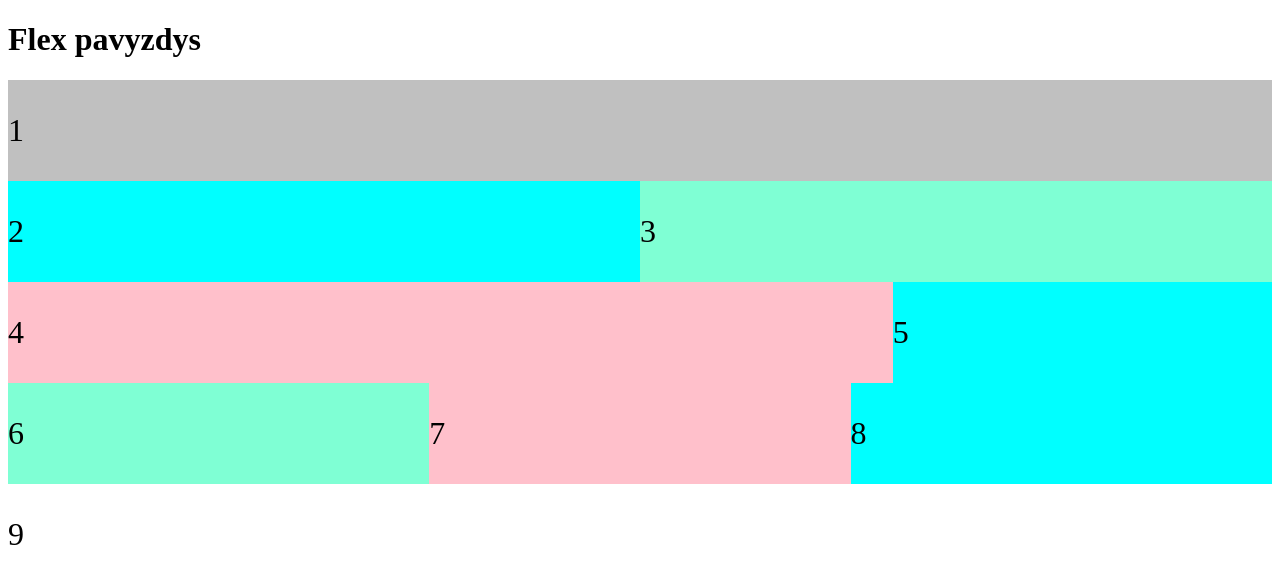
Repository: motiejus1/06-paskaita-invest
Page: index.html
The author's editor kept a copy of each file at every save. The page is drawn from the files as they stood at one save, then again after the next save.
The browser window is 1280 px wide. The pictures show the whole page.

Above is the page before, as saved 2021-06-09 18:44:22.

### index.html
<!DOCTYPE html>
<html lang="en">
<head>
    <meta charset="UTF-8">
    <meta http-equiv="X-UA-Compatible" content="IE=edge">
    <meta name="viewport" content="width=device-width, initial-scale=1.0">
    <title>Sesta paskaita</title>
    <style>
        .flex-container {
            display: flex;
            flex-direction:row;
            flex-wrap: wrap;
        }

        .flex-item-1 {
            width: 100%;
            background-color: silver;
        }

        .flex-item-2, .flex-item-3 {
            width: 50%;
        }

        .flex-item-4 {
            width: 70%;
        }

        .flex-item-5 {
            width: 30%;
        }

        .flex-item-6, .flex-item-7, .flex-item-8 {
            width: 33.33%;
        }


        .zydra {
            background-color:aqua;
        }

        .zalsva {
            background-color: aquamarine;
        }

        .rozine {
            background-color: pink;
        }

        p {
            font-size: 32px;
        }
    </style>
</head>
<body>
    <div class="container">
        <h1>Flex pavyzdys</h1>
        <div class="flex-container">
            <div class="flex-item-1"><p>1</p></div>
            <div class="flex-item-2 zydra"><p>2</p></div>
            <div class="flex-item-3 zalsva"><p>3</p></div>
            <div class="flex-item-4 rozine"><p>4</p></div>
            <div class="flex-item-5 zydra"><p>5</p></div>
            <div class="flex-item-6 zalsva"><p>6</p></div>
            <div class="flex-item-7 rozine"><p>7</p></div>
            <div class="flex-item-8 zydra"><p>8</p></div>
            <div class="flex-item-9"><p>9</p></div>
        </div>
    </div>
</body>
</html>

After the next save:
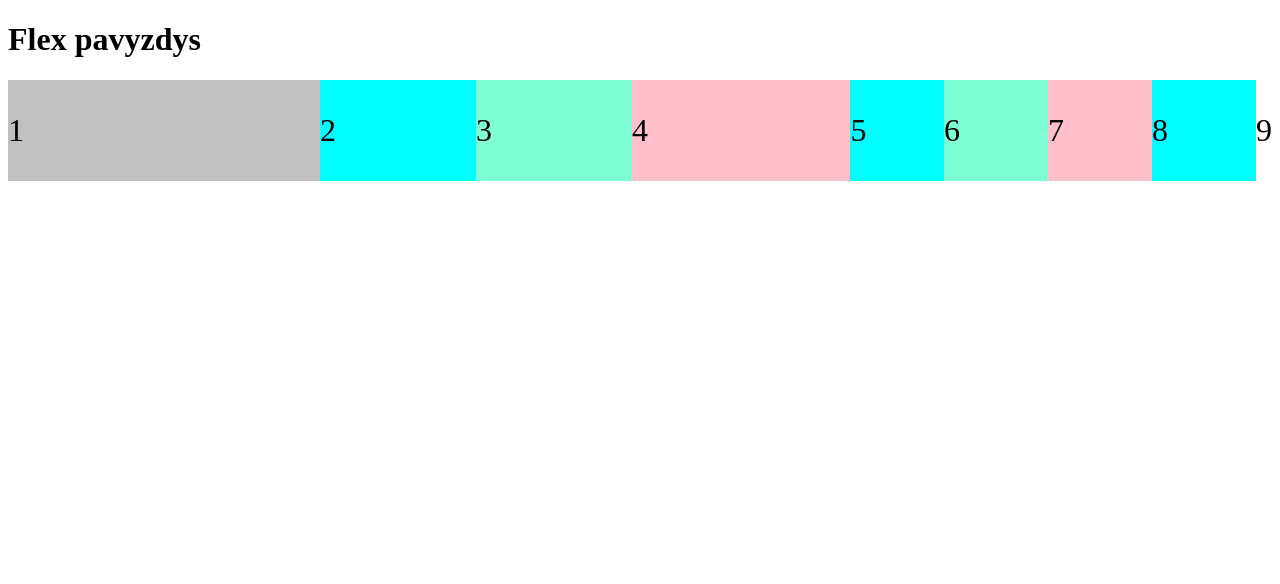
Saved 6 s later.
--- a/index.html
+++ b/index.html
@@ -9,7 +9,7 @@
         .flex-container {
             display: flex;
             flex-direction:row;
-            flex-wrap: wrap;
+            flex-wrap:nowrap;
         }
 
         .flex-item-1 {

After the save that followed:
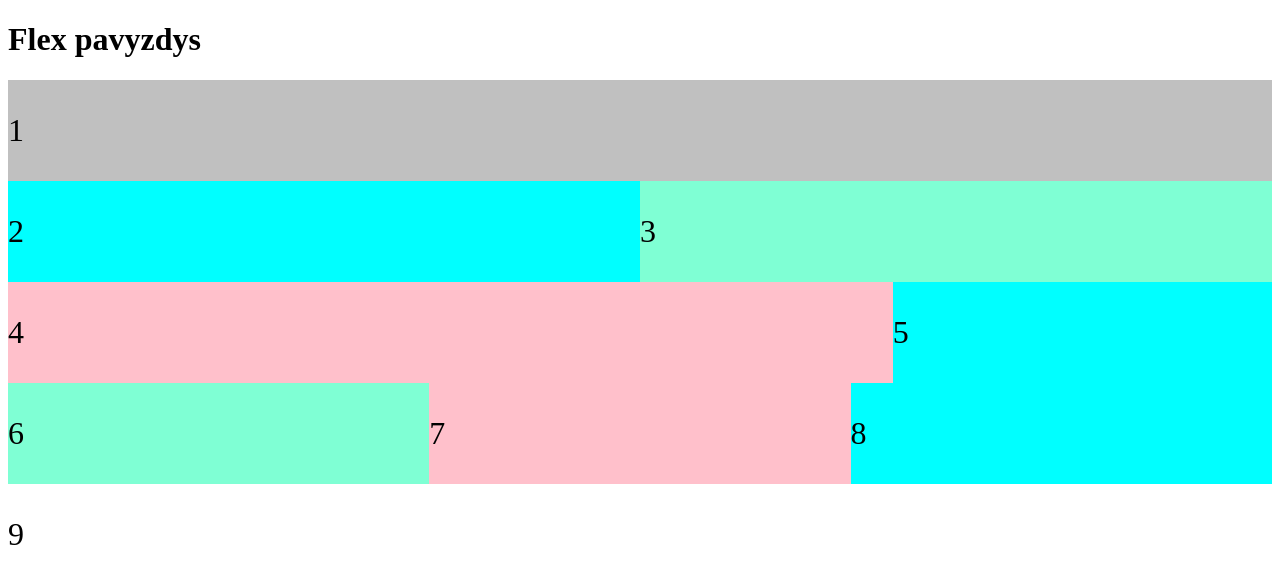
Saved 27 s later.
--- a/index.html
+++ b/index.html
@@ -9,7 +9,7 @@
         .flex-container {
             display: flex;
             flex-direction:row;
-            flex-wrap:nowrap;
+            flex-wrap:wrap;
         }
 
         .flex-item-1 {
